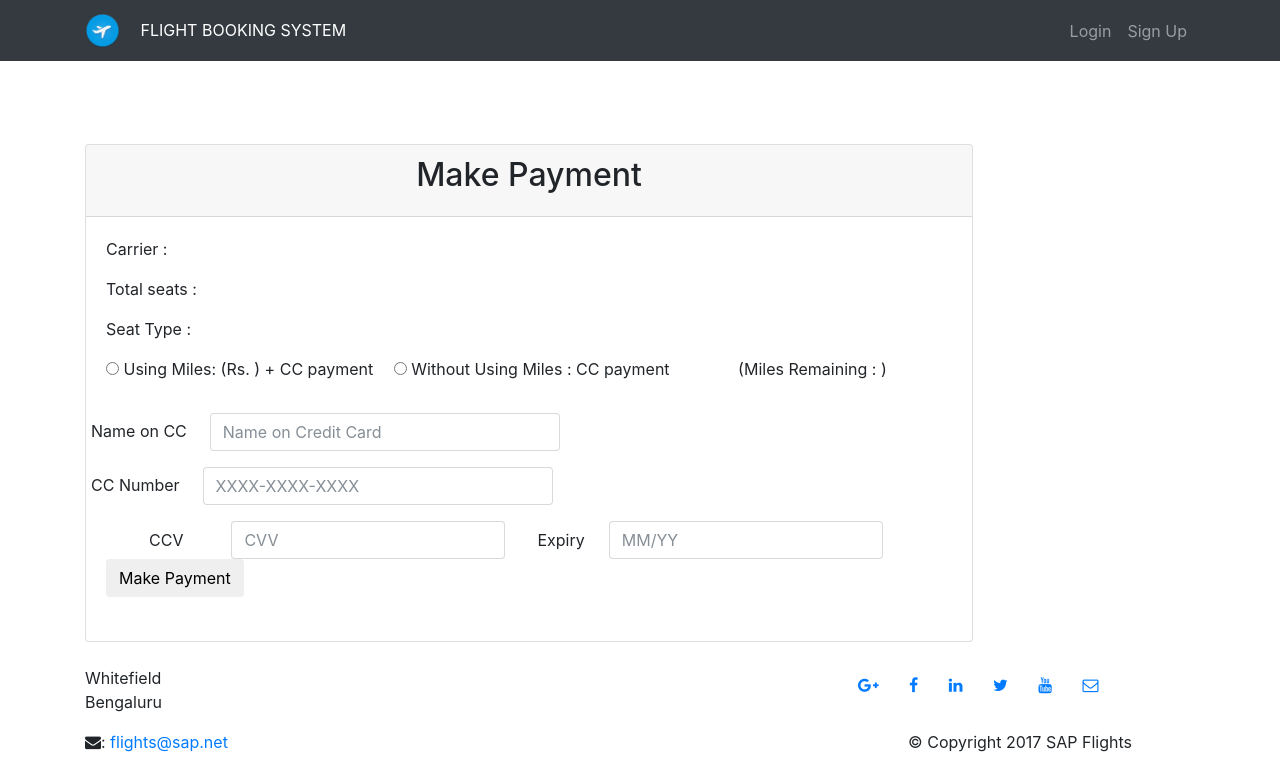
Repository: yashtatia/Spring-Practice
Page: http://localhost/FitnessTracker/WEB-INF/jsp/makePayment.jsp
The author's editor kept a copy of each file at every save. The page is drawn from the files as they stood at one save, then again after the next save.
The browser window is 1280 px wide. The pictures show the whole page.
Some web libraries are served in a nearby version. The page is served by Tomcat 9. Nobody is signed in. Other server files are loaded and not shown. The template is opened directly, without the code that normally fills it, so the values that code supplies are empty.

Above is the page before, as saved 2017-09-06 07:33:18.
Console error: SyntaxError: Unexpected token ';'

### FitnessTracker/src/main/webapp/WEB-INF/jsp/makePayment.jsp
<%@ taglib prefix="spring" uri="http://www.springframework.org/tags" %>
<%@ taglib prefix="form" uri="http://www.springframework.org/tags/form" %>

<jsp:include page="header.jsp" />
	<br>
	<br>
	<br>
	<br>
	<br>
	<br>
	<div class="container">
		<div class="card" style="max-width: 80%;" >
			<div class="card-header">
				<h2 class="card-title" align="center">Make Payment</h2>
			</div>
			<div class="card-block">
				<div class="card-body">
						<p>Carrier : ${flightSelected.airline}</p>
						<p>Total seats : ${flightSelected.seats}</p>
						<p>Seat Type : ${flightSelected.seat_class}</p>

						<form:form commandName="payment" class="form-horizontal" method="POST">

							  <label class="radio-inline" >
							    <form:radiobutton path="payment_choice" name="payment_choice" value="1" />
							     Using Miles: ${miles_used} (Rs. ${discount}) + ${fare_with_miles}  CC payment

							  </label>


							  <label class="radio-inline mx-3">
							    <form:radiobutton path="payment_choice" name="payment_choice" value="2" />
							    Without Using Miles : ${fare_without_miles}	CC payment
							  </label>
							  <label class="mx-5">
							  	(Miles Remaining : ${miles_remaining})
							  </label>

							<br />
							<br/>

							<div class="form-group row">
							    <label for="input1" class="col-xs-3 col-form-label mr-2">Name on CC</label>
							    <div class="col-sm-10">
							      <form:input path="cc_name" type="text" name="cc_name" id="cc_name" placeholder="Name on Credit Card" class="form-control" style="max-width: 50%;" />
							    </div>
							</div>
							<div class="form-group row">
							    <label for="input2" class="col-xs-3 col-form-label mr-2">CC Number</label>
							    <div class="col-sm-10">
							      <form:input path="cc_number" type="text" name="cc_number" id="cc_number" placeholder="XXXX-XXXX-XXXX" class="form-control" style="max-width: 50%;" />
							    </div>
							</div>
							<div class="form-row">
									<div class="form-inline">
										<label class="mr-sm-2 mb-0 mx-md-5" for="cvv">CCV</label>
											<form:input path="cc_cvv" type="password" name="cc_cvv" id="cc_cvv" placeholder="CVV" class="form-control mr-sm-2 mb-2 mb-sm-0"  />
									<label class="mr-sm-2 mb-0 mx-md-4" for="last_name">Expiry</label>
											<form:input path="cc_expiry"  type="text" class="form-control mr-sm-2 mb-2 mb-sm-0" name="cc_expiry" id="cc_expiry" placeholder="MM/YY"/>
									</div>
							</div>


							<form:hidden path="flight_id"  name="flight_id" value="${flightSelected.flight_id}" />
							<form:hidden path="seat_type" name="seat_type" value="${flightSelected.seat_class_abbrev}" />
							<form:hidden path="seats" name="seats" value="${flightSelected.seats}" />
							<form:hidden path="fare_with_miles" name="fare_with_miles" value="${fare_with_miles}" />
							<form:hidden path="fare_without_miles" name="fare_without_miles" value="${fare_without_miles}" />
							<form:hidden path="miles_used" name="miles_used" value="${miles_used}" />
							<form:hidden path="miles_remaining" name="miles_remaining" value="${miles_remaining}" />
							<form:hidden path="miles_earned" name="miles_earned" value="${miles_earned}" />

							<button type="submit" name="" value="Make Payment" class="btn btn-default col-lg-offset-10" >Make Payment</button>
						</form:form>
				</div>

			</div>

			<br />



		</div>
	</div>
	<br/>

<jsp:include page="footer.jsp" />
<script type="text/javascript">
		$( document ).ready(function() {
		    preProcess();
		});

		function preProcess(){
			if($('input[name=payment_choice]:checked').val() == "with_miles"){
				var cc_remaining = ${fare_with_miles};
				if(cc_remaining == 0){
					$("#cc_name").prop("disabled", true);
					$("#cc_number").prop("disabled", true);
					$("#cc_cvv").prop("disabled", true);
					$("#cc_expiry").prop("disabled", true);
				}
			}
		}

		$('input[name=payment_choice]').on('change', function() {
			if($('input[name=payment_choice]:checked').val() == "with_miles"){
				var cc_remaining = ${fare_with_miles};
				if(cc_remaining == 0){
					$("#cc_name").prop("disabled", true);
					$("#cc_number").prop("disabled", true);
					$("#cc_cvv").prop("disabled", true);
					$("#cc_expiry").prop("disabled", true);
				}
			}else{
				$("#cc_name").prop("disabled", false);
				$("#cc_number").prop("disabled", false);
				$("#cc_cvv").prop("disabled", false);
				$("#cc_expiry").prop("disabled", false);
			}
		});
	</script>

### FitnessTracker/src/main/webapp/WEB-INF/jsp/header.jsp
<%@ taglib prefix="c" uri="http://java.sun.com/jsp/jstl/core"%>
<%@ taglib prefix="form" uri="http://www.springframework.org/tags/form" %>
<%@ taglib prefix="spring" uri="http://www.springframework.org/tags" %>
<!DOCTYPE html>
<html>
<head>
	<meta charset="utf-8">
    <meta http-equiv="X-UA-Compatible" content="IE=edge">
    <meta name="viewport" content="width=device-width, initial-scale=1, shrink-to-fit=no">
	<title>Search Flights</title>
	<link rel="stylesheet" href="https://maxcdn.bootstrapcdn.com/bootstrap/4.0.0-beta/css/bootstrap.min.css" integrity="sha384-/Y6pD6FV/Vv2HJnA6t+vslU6fwYXjCFtcEpHbNJ0lyAFsXTsjBbfaDjzALeQsN6M" crossorigin="anonymous">
	<link href="https://maxcdn.bootstrapcdn.com/font-awesome/4.7.0/css/font-awesome.min.css" rel="stylesheet">
	<link rel="stylesheet" type="text/css" href="assets/css/jquery-ui.css">
</head>
<body>

	 <nav class="navbar navbar-expand-md navbar-dark bg-dark fixed-top">
            <div class="container">
                <div class="navbar-header">
	                <span><a class="navbar-brand" href="index.jsp"><img src="assets/img/sap.png" height=35 width=35></a></span>
	                <span style="color: white;">FLIGHT BOOKING SYSTEM</span>
                </div>

                <c:choose>
    				<c:when test="${not logInForm.loggedIn || logInForm == null}">
                       <ul class="navbar-nav bd-navbar-nav" style="cursor: pointer;">
	                        <li class="nav-item"><a class="nav-link" data-toggle="modal" data-target="#loginModal" id="login"><span class="glyphicon glyphicon-log-in"></span> Login</a></li>
	                        <li class="nav-item"><a class="nav-link" href="signUp.html"><span class="glyphicon glyphicon-log-in"></span> Sign Up</a></li>
	                    </ul>
	    			</c:when>
	    			<c:otherwise>
	                    <ul class="navbar-nav bd-navbar-nav" style="cursor: pointer;">
	                        <li class="nav-item dropdown">
	                            <a href="#" class="nav-link dropdown-toggle" data-toggle="dropdown"
	                             role="button" aria-haspopup="true" aria-expanded="false" style="color: white; ">
	                             <i class="fa fa-user-o" aria-hidden="true"></i>  ${userForm.fname} ${userForm.lname} <span class="caret"></span></a>
	                            <ul class="dropdown-menu">
	                                <li><a class="dropdown-item" href="#">Your Miles : ${userForm.air_miles}</a></li>
	                                <li><a class="dropdown-item" href="myBookings.html">MyBookings</a></li>
	                                <li><a class="dropdown-item" href="logout.html">Logout</a></li>
	                            </ul>
	                        </li>
	                    </ul>
	                </c:otherwise>
                </c:choose>


                </div>
        </nav>

    <c:if test="${logInForm.loggedIn == false || logInForm == null}">

	    <div id="loginModal" class="modal fade " role="dialog" aria-labelledby="loginModal" aria-hidden="true">
	        <div class="modal-dialog" style="max-width: 650px !important;">
	        <!-- Modal content-->
	        <div class="modal-content">
	            <div class="modal-header">
	                <h5 class="modal-title" id="exampleModalLabel">Login</h5>
			     	   <button type="button" class="close" data-dismiss="modal" aria-label="Close">
			        	  <span aria-hidden="true">&times;</span>
			       	 </button>
	            </div>
		        <div class="modal-body">
		            <form:form modelAttribute="logInForm" class="form-inline" id="loginForm" action="logIn.html" method="POST">
		                <div class="form-group">
		                    <label class="sr-only" for="InputEmail">Email address</label>
		                    <form:input path="username" type="email" class="form-control" id="Email" placeholder="Email" name="email" />
		                </div>
		                <div class="form-group mx-sm-3">
		                    <label class="sr-only" for="Password">Password</label>
		                    <form:input path="password" type="password" class="form-control" id="Password" placeholder="Password" name="password" />
		                </div>

	            		<div class="form-group mx-sm-3">
	            			<button type="button" class="btn btn-default btn-danger pull-right" data-dismiss="modal">Cancel</button>
		                	<button type="submit" class="btn btn-default btn-info pull-right">Sign in</button>
	            		</div>


	            	</form:form>
				</div>

	        </div>
	        </div>
	    </div>

    </c:if>

### FitnessTracker/src/main/webapp/WEB-INF/jsp/footer.jsp

	<footer class="row-footer">
        <div class="container">
            <div class="row row-content">

                <div class="col-md-8">
                    <address>
		              Whitefield<br>
		              Bengaluru<br>

                    </address>
                </div>
                <div class="col-md-4">
                    <div >
                        <a class="btn btn-social-icon btn-google-plus" href="http://google.com/+"><i class="fa fa-google-plus"></i></a>
                        <a class="btn btn-social-icon btn-facebook" href="http://www.facebook.com/profile.php?id="><i class="fa fa-facebook"></i></a>
                        <a class="btn btn-social-icon btn-linkedin" href="http://www.linkedin.com/in/"><i class="fa fa-linkedin"></i></a>
                        <a class="btn btn-social-icon btn-twitter" href="http://twitter.com/"><i class="fa fa-twitter"></i></a>
                        <a class="btn btn-social-icon btn-youtube" href="http://youtube.com/"><i class="fa fa-youtube"></i></a>
                        <a class="btn btn-social-icon" href="mailto:"><i class="fa fa-envelope-o"></i></a>
                    </div>
                </div>
             </div>
             <div class="row row-content">
                <div class="col-md-8">
		              <i class="fa fa-envelope"></i>:
                         <a href="mailto:flights@sap.net">
                         flights@sap.net</a>
                </div>
                <div class="col-md-4">
                    <p align=center> &copy; Copyright 2017 SAP Flights</p>
                </div>
             </div>
        </div>
    </footer>




<script src="https://code.jquery.com/jquery-3.2.1.slim.min.js" integrity="sha384-KJ3o2DKtIkvYIK3UENzmM7KCkRr/rE9/Qpg6aAZGJwFDMVNA/GpGFF93hXpG5KkN" crossorigin="anonymous"></script>
<script type="text/javascript" src="http://code.jquery.com/jquery-3.2.1.min.js"></script>
<script type="text/javascript" src="assets/js/jquery-ui.min.js"></script>
<script src="https://cdnjs.cloudflare.com/ajax/libs/popper.js/1.11.0/umd/popper.min.js" integrity="sha384-b/U6ypiBEHpOf/4+1nzFpr53nxSS+GLCkfwBdFNTxtclqqenISfwAzpKaMNFNmj4" crossorigin="anonymous"></script>
<script src="https://maxcdn.bootstrapcdn.com/bootstrap/4.0.0-beta/js/bootstrap.min.js" integrity="sha384-h0AbiXch4ZDo7tp9hKZ4TsHbi047NrKGLO3SEJAg45jXxnGIfYzk4Si90RDIqNm1" crossorigin="anonymous"></script>

<script>
        $().button('toggle');
        $(document).ready(function(){
            $("#login").click(function(){
                console.log("yo!");
                $("#loginModal").modal();
            });
        });

        $(document).ready(function(){
            $("#table").click(function(){
                $("#tableModal").modal();
            });
        });
</script>
</body>
</html>

Loaded but not shown: FitnessTracker/src/main/webapp/assets/css/jquery-ui.css (library); FitnessTracker/src/main/webapp/assets/js/jquery-ui.min.js (library)

After the next save:
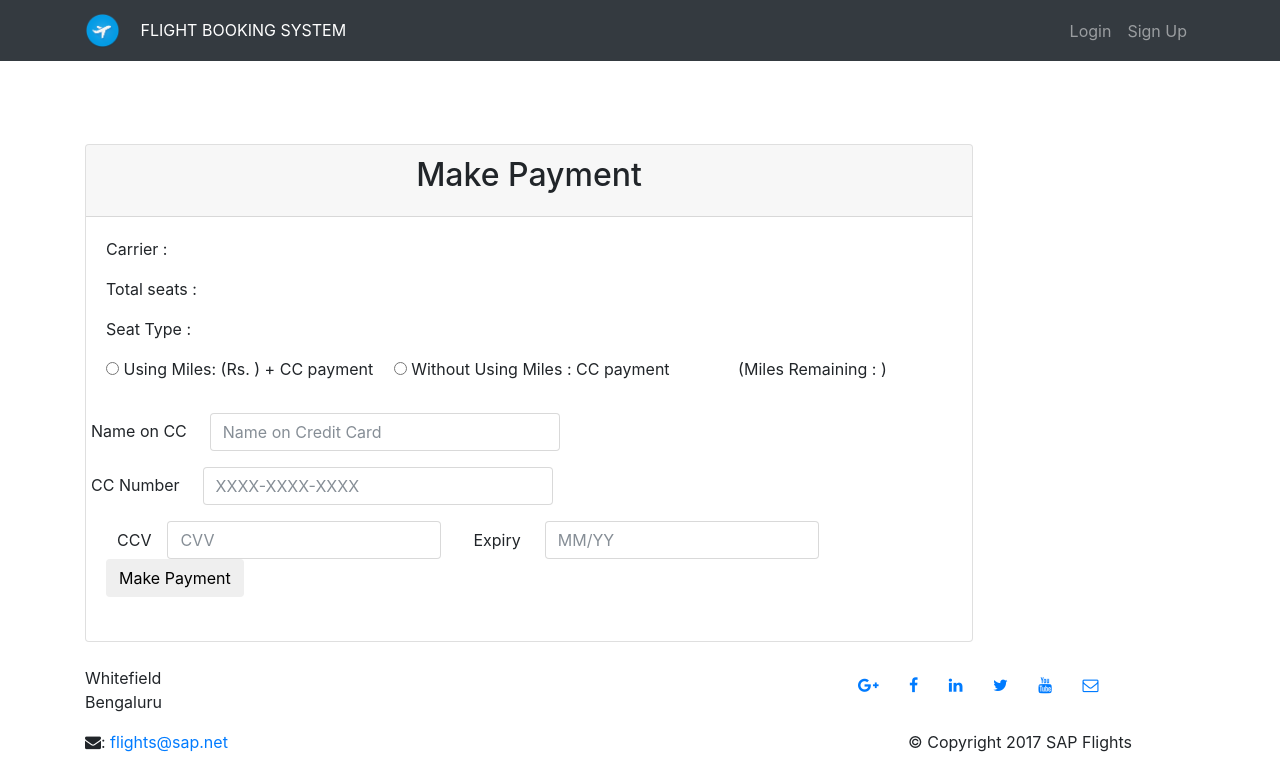
Saved 7 s later.
--- a/FitnessTracker/src/main/webapp/WEB-INF/jsp/makePayment.jsp
+++ b/FitnessTracker/src/main/webapp/WEB-INF/jsp/makePayment.jsp
@@ -53,7 +53,7 @@
 							</div>
 							<div class="form-row">
 									<div class="form-inline">
-										<label class="mr-sm-2 mb-0 mx-md-5" for="cvv">CCV</label>
+										<label class="mr-sm-2 mb-0 mx-md-3" for="cvv">CCV</label>
 											<form:input path="cc_cvv" type="password" name="cc_cvv" id="cc_cvv" placeholder="CVV" class="form-control mr-sm-2 mb-2 mb-sm-0"  />
 									<label class="mr-sm-2 mb-0 mx-md-4" for="last_name">Expiry</label>
 											<form:input path="cc_expiry"  type="text" class="form-control mr-sm-2 mb-2 mb-sm-0" name="cc_expiry" id="cc_expiry" placeholder="MM/YY"/>
